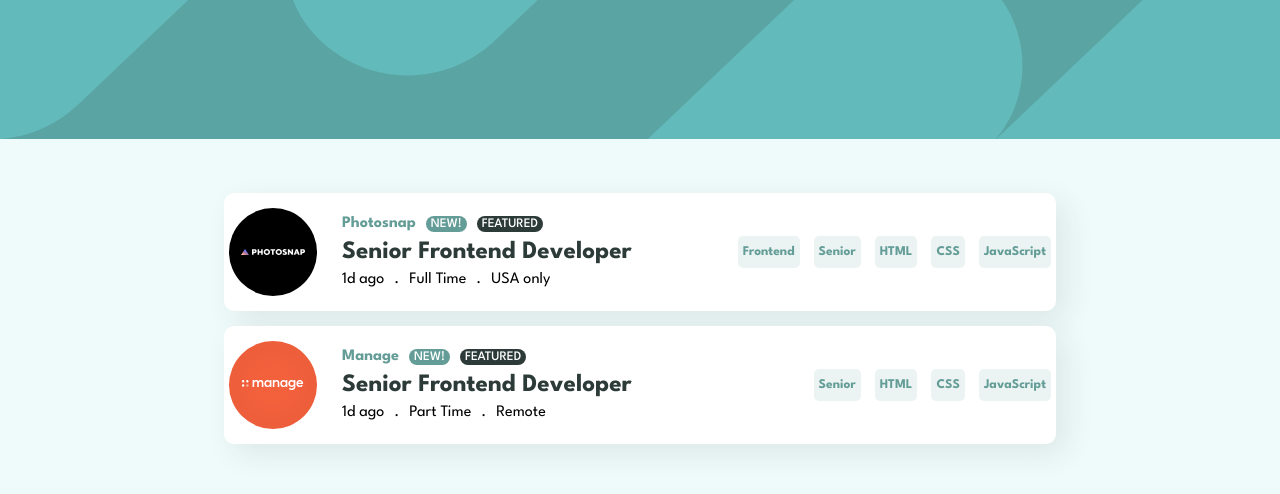
Repository: Eldream12/JobListing
Page: index.html
An editor plug-in stored every save of this project. The page is shown before and after a run of saves, followed by the edit.
The browser window is 1280 px wide. The pictures show the whole page.

Above is the page before, as saved 2025-03-31 21:54:33.

After the next 2 saves:
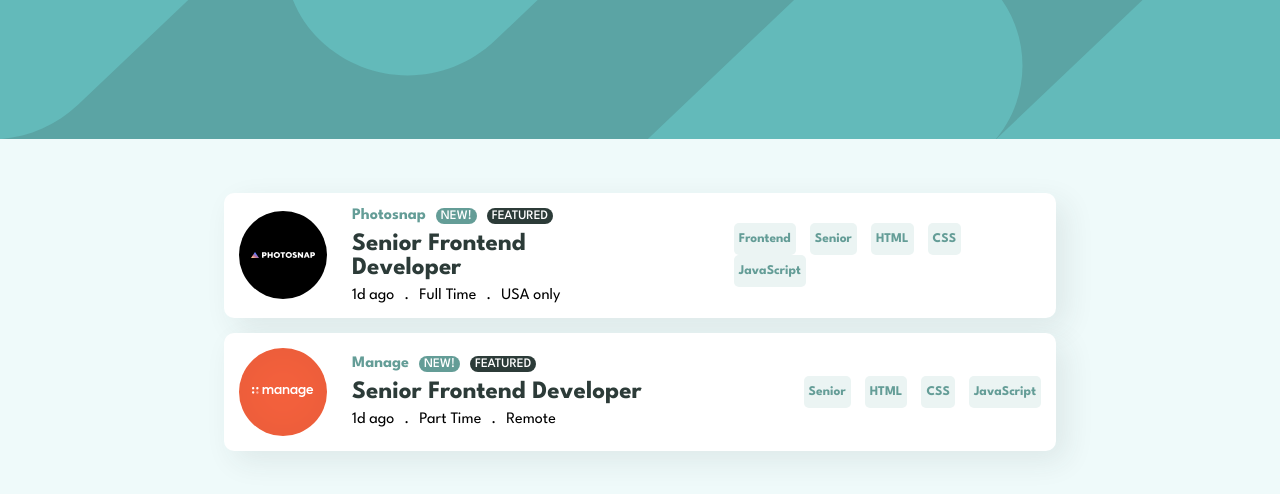
The 2 saves are shown as one change because they came seconds apart.
The last was saved 20 s later.
--- a/style/style.css
+++ b/style/style.css
@@ -24,7 +24,7 @@ header img {
 	justify-content: space-between;
 	max-width: 65%;
 	margin: auto;
-	padding: 15px 5px 15px 5px;
+	padding: 15px 15px 15px 15px;
 	gap: 90px;
 	border-radius: 10px;
 	box-shadow: #2c3b3817 10px 10px 30px;
